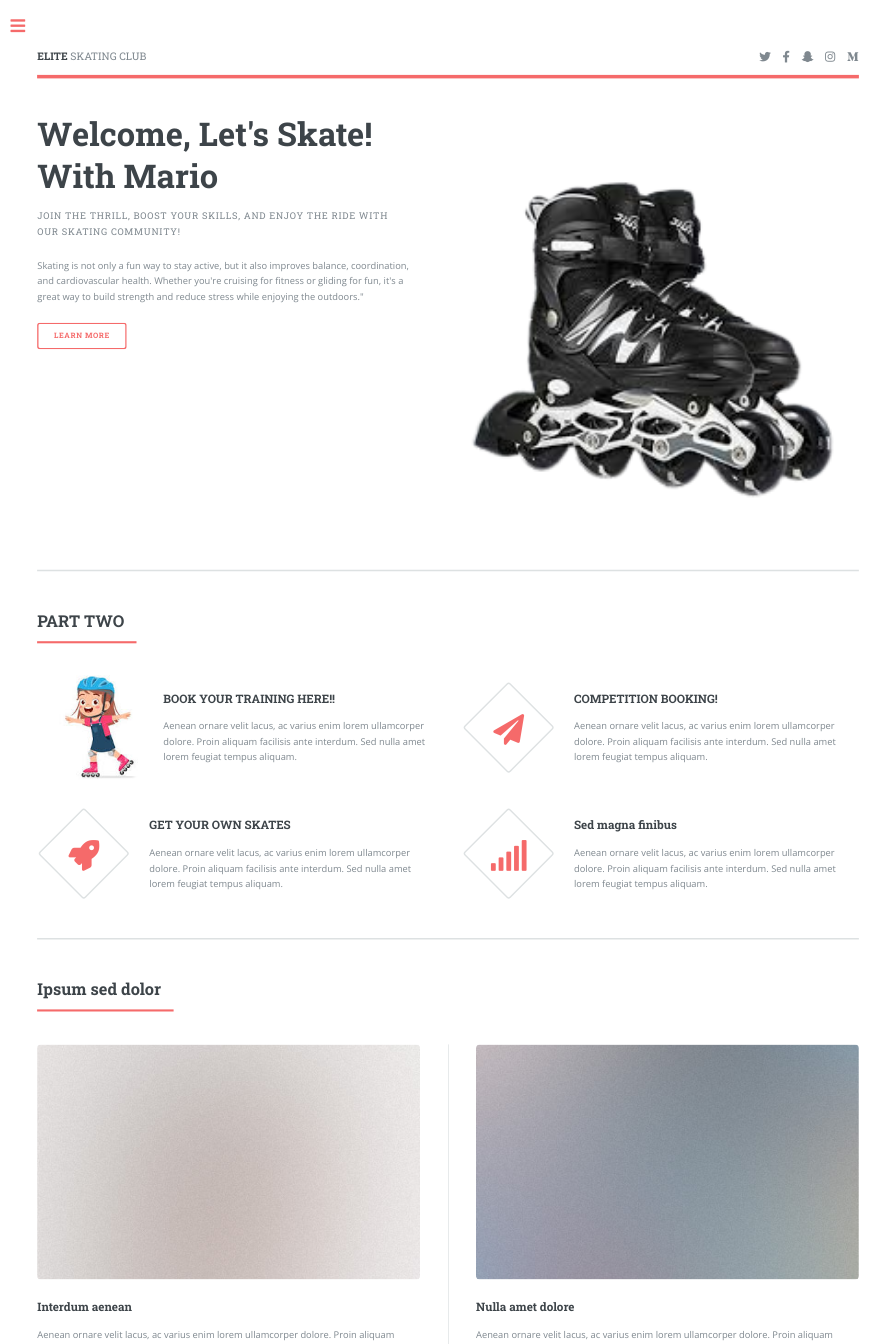
Repository: rachel648/New_Elite
Page: index.html
These files come from the project's save history. The page is drawn as it stood at one moment and after the next save; the edit follows.
The browser window is 1280 px wide. The pictures show the part of the page from y = 0 to 1920 px (the page is 3244 px tall before and 3236 px after), at 70% of full size.

Above is the page before, as saved 2024-09-20 14:23:59.

After the next save:
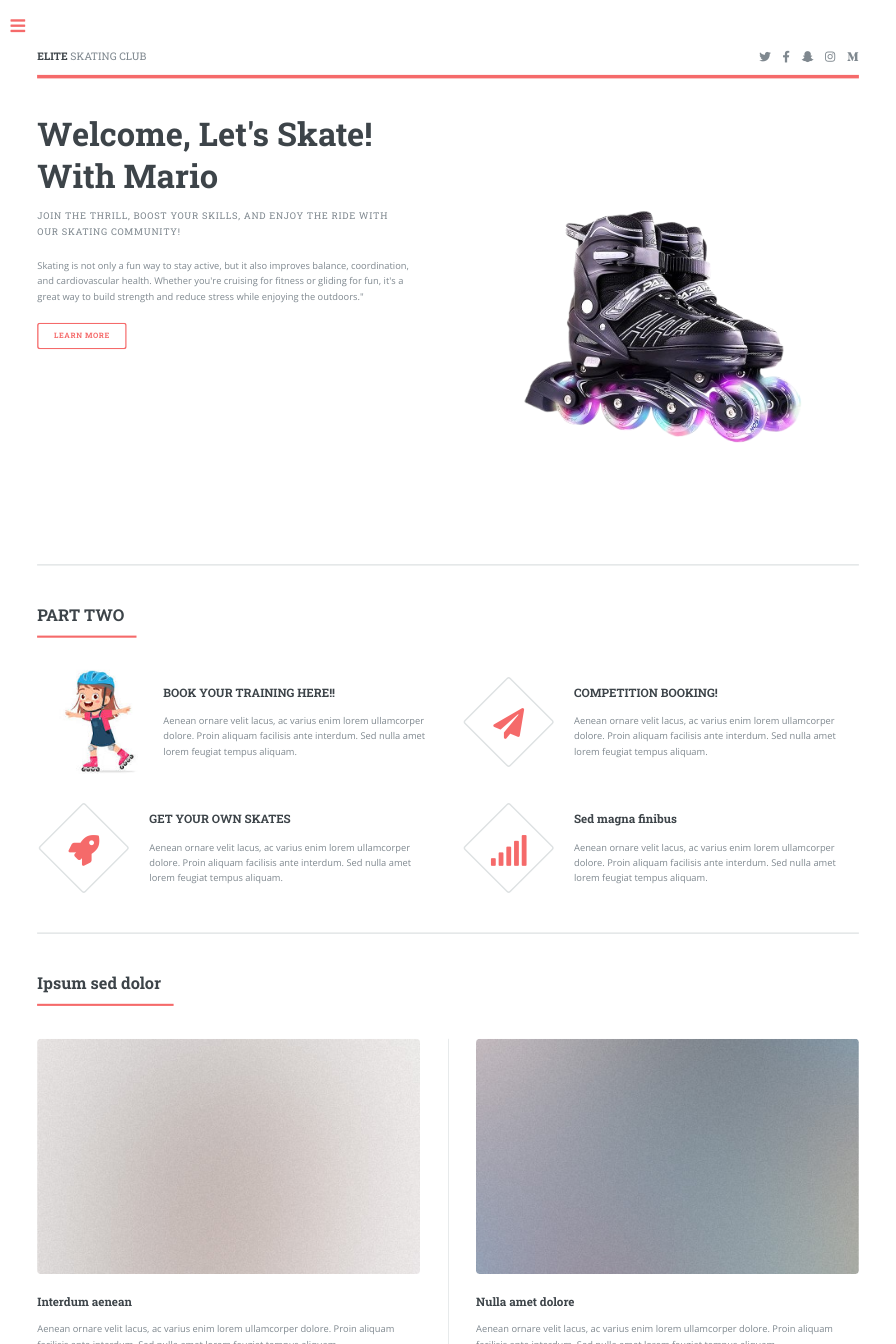
Saved 6 min 8 s later.
--- a/index.html
+++ b/index.html
@@ -41,7 +41,7 @@
 										</ul>
 									</div>
 									<span class="image object">
-										<img src="images/skateone-removebg-preview.png" alt="" />
+										<img src="images/skatetwo-removebg-preview.png" alt="" />
 									</span>
 								</section>
 
